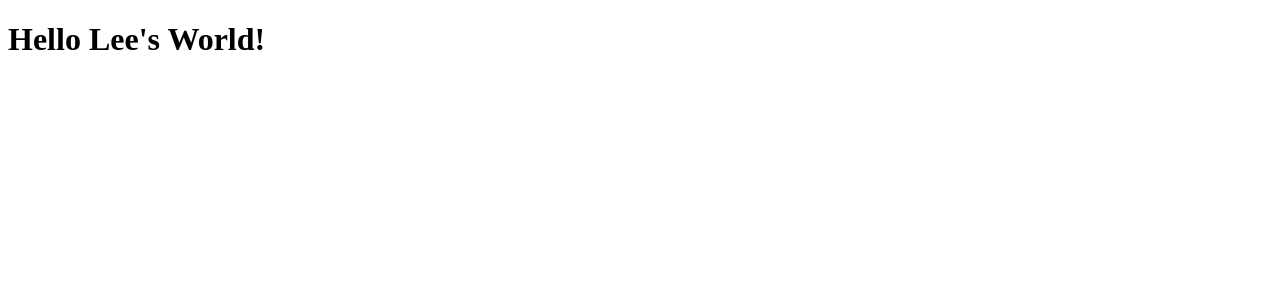
Repository: steeveelee2/WEB_Study
Page: webWorkspace/servlet1Project/web/index.html
These files come from the project's save history. The page is drawn as it stood at one moment and after the next save; the edit follows.
The browser window is 1280 px wide. The pictures show the whole page.

Above is the page before, as saved 2018-10-10 03:01:18.

After the next save:
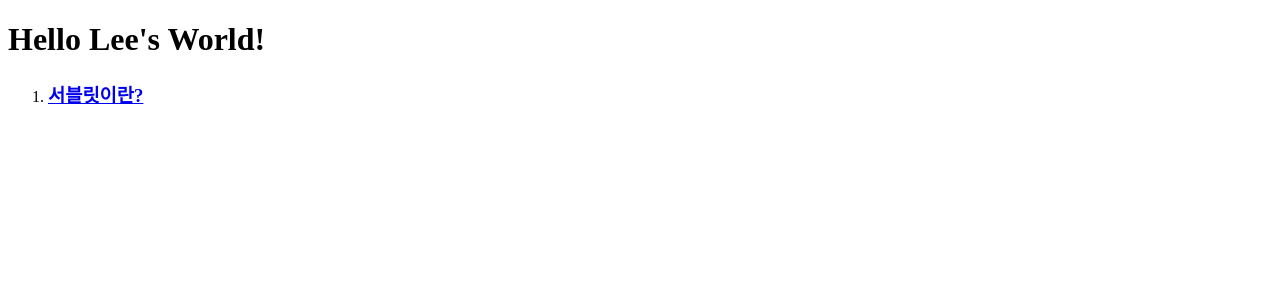
Saved 3 min 52 s later.
--- a/webWorkspace/servlet1Project/web/index.html
+++ b/webWorkspace/servlet1Project/web/index.html
@@ -6,5 +6,13 @@
 </head>
 <body>
 	<h1>Hello Lee's World!</h1>
+
+	<ol>
+		<li>
+			<h3>
+				<a href="test1.do">서블릿이란?</a>
+			</h3>
+		</li>
+	</ol>
 </body>
 </html>
